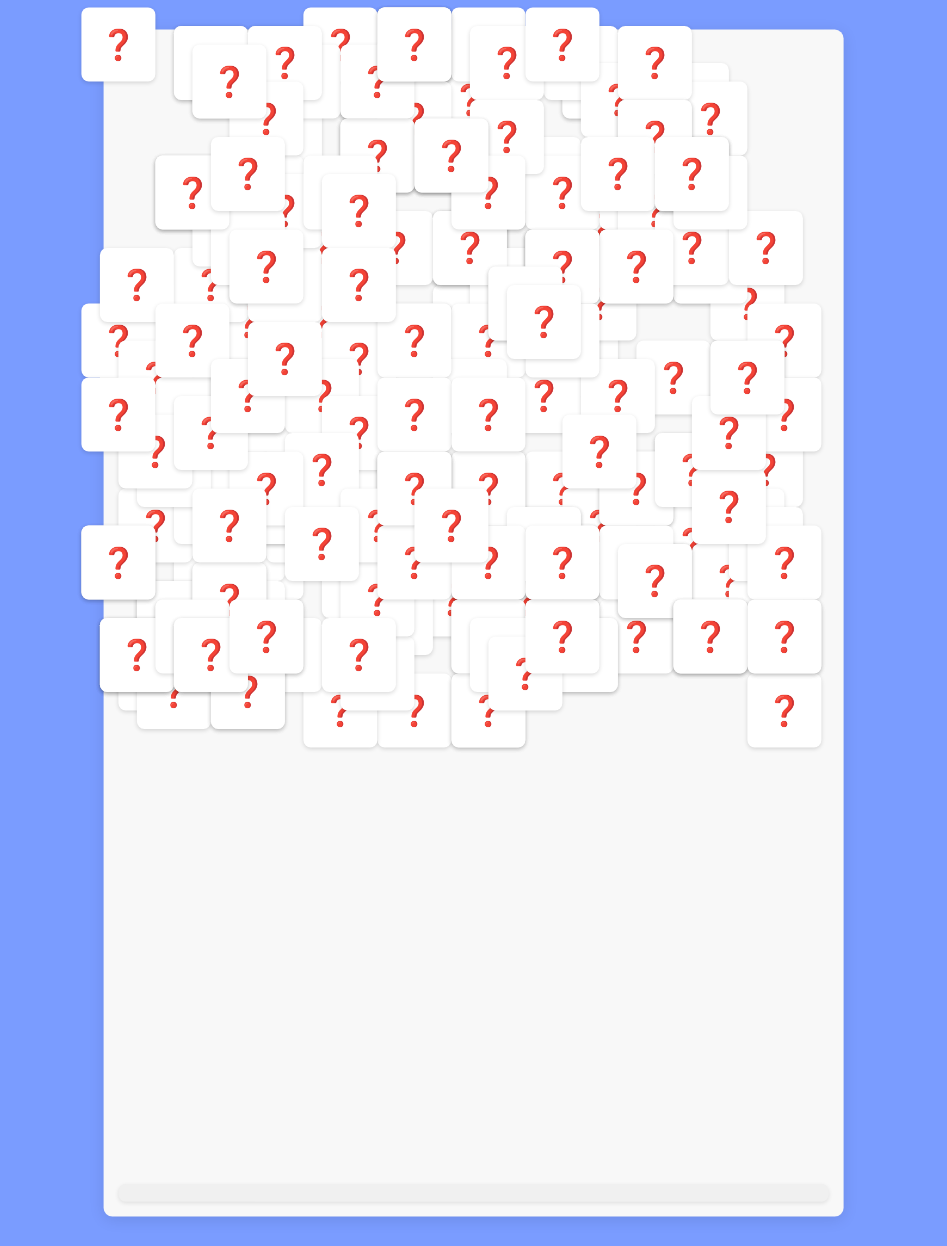
Repository: Avril-Cui/hack-puzzle
Page: / (app in client/)
An editor plug-in stored every save of this project. The page is shown before and after the next save, followed by the edit.
The browser window is 1280 px wide. The pictures show the whole page, at 74% of full size.
The project was rebuilt for these pictures with package versions that can differ from the ones it lists, and the page was loaded fresh each time. The framework's server and built-in components were replaced by stand-ins that run in the browser. Also part of the build but not shown: client/next.config.ts.

Above is the page before, as saved 2025-06-11 19:31:45.

### client/app/page.tsx
import Game from "../components/Game";

export default function Home() {
  return (
    <div>
      <Game />
    </div>
  );
}

### client/app/globals.css
@import "tailwindcss";

:root {
  --background: #7A9CFF;
}

@theme inline {
  --color-background: var(--background);
  --color-foreground: var(--foreground);
  --font-sans: var(--font-geist-sans);
  --font-mono: var(--font-geist-mono);
}

@media (prefers-color-scheme: dark) {
  :root {
    --background: #7A9CFF;
  }
}

body {
  background: var(--background);
  color: var(--foreground);
  font-family: Arial, Helvetica, sans-serif;
}

### client/components/Game.tsx
"use client";
import React, { useEffect, useState } from "react";
import styles from "./Game.module.css";

interface Tile {
  id: string;
  x: number;
  y: number;
  z: number;
  status: number;
  isCover: boolean;
  iconName: string;
}

const CELL_SIZE = 100;
const ICONS = ["🍀", "🌈", "⚙️", "🐏", "🐯", "🐤", "📚", "🧠", "💻", "🐼"];

const PuzzleGame: React.FC = () => {
  const [tiles, setTiles] = useState<Tile[]>([]);
  const [queue, setQueue] = useState<Tile[]>([]);

  useEffect(() => {
    fetch("/scene.json")
      .then((res) => res.json())
      .then((data) => {
        setTiles(data);
      });
  }, []);

  const handleClick = (tile: Tile) => {
    if (tile.isCover || tile.status !== 0 || queue.length >= 7) return;
    setQueue((prev) => [...prev, tile]);
    setTiles((prev) =>
      prev.map((t) => (t.id === tile.id ? { ...t, status: 1 } : t))
    );
  };

  const getEmoji = (iconName: string): string => {
    const index = parseInt(iconName.replace("icon_", ""));
    return ICONS[index] || "❓";
  };

  return (
    <div className={styles.gameContainer}>
      <div className={styles.tileBoard}>
        {tiles.map((tile) => (
          <div
            key={tile.id}
            className={`${styles.tile} ${tile.isCover ? styles.covered : ""}`}
            style={{
              left: tile.x,
              top: tile.y,
              zIndex: tile.z,
            }}
            onClick={() => handleClick(tile)}
          >
            <div
              className={styles.tileInner}
              style={{ opacity: tile.status < 2 ? 1 : 0 }}
            >
              {getEmoji(tile.iconName)}
            </div>
          </div>
        ))}
      </div>

      <div className={styles.queueBar}>
        {queue.map((tile) => (
          <div key={tile.id} className={styles.queueTile}>
            {getEmoji(tile.iconName)}
          </div>
        ))}
      </div>
    </div>
  );
};

export default PuzzleGame;

### client/components/Game.module.css
.gameContainer {
    position: relative;
    width: 1000px;
    margin: 40px auto;
    background-color: #f8f8f8; /* light neutral instead of green */
    padding: 20px;
    border-radius: 12px;
    box-shadow: 0 4px 20px rgba(0, 0, 0, 0.1);
  }

  .tileBoard {
    position: relative;
    width: 1000px;
    height: 900px;
    background-color: transparent; /* remove green board background */
  }

  .tile {
    position: absolute;
    width: 100px;
    height: 100px;
    background: white;
    border-radius: 10px;
    font-size: 40px;
    display: flex;
    align-items: center;
    justify-content: center;
    transition: transform 0.2s ease, opacity 0.3s ease;
    box-shadow: 0 2px 6px rgba(0, 0, 0, 0.15);
    cursor: pointer;
  }

  .covered {
    background: #ccc;
    opacity: 0.4;
    pointer-events: none;
  }

  .queueBar {
    margin-top: 40em;
    display: flex;
    justify-content: center;
    gap: 12px;
    padding: 12px;
    background: #f0f0f0;
    border-radius: 10px;
    box-shadow: 0 2px 6px rgba(0, 0, 0, 0.1);
  }

  .queueTile {
    width: 100px;
    height: 100px;
    background: white;
    border-radius: 10px;
    font-size: 40px;
    display: flex;
    align-items: center;
    justify-content: center;
    box-shadow: 0 2px 6px rgba(0, 0, 0, 0.1);
  }

Loaded but not shown: client/app/layout.tsx (common file); client/public/scene.json (2162 lines, source omitted)

After the next save:
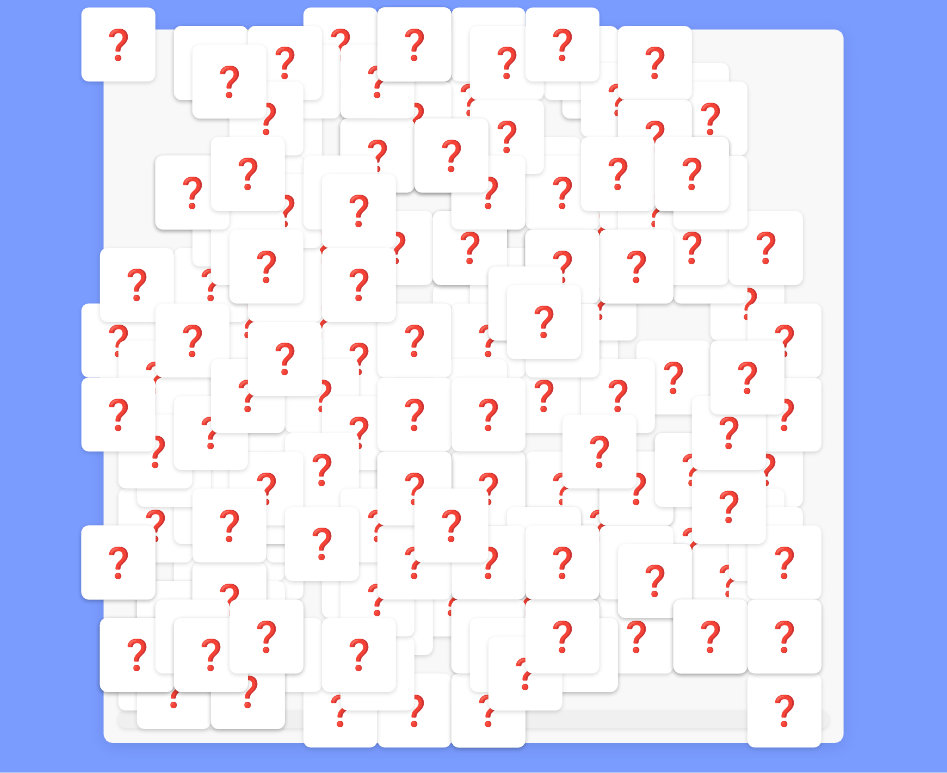
Saved 7 s later.
--- a/client/components/Game.module.css
+++ b/client/components/Game.module.css
@@ -37,7 +37,7 @@
   }
 
   .queueBar {
-    margin-top: 40em;
+    margin-top: 0em;
     display: flex;
     justify-content: center;
     gap: 12px;
